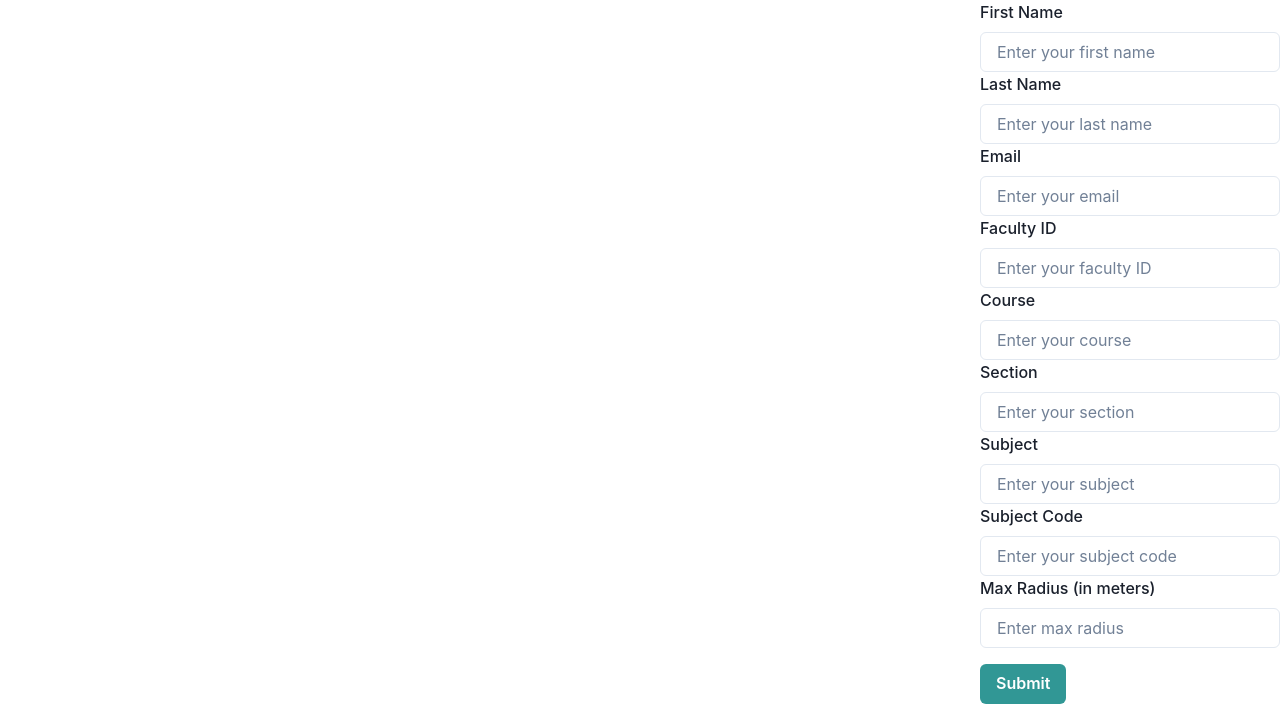
Repository: shash0708/attendence
Page: /form
The author's editor kept a copy of each file at every save. The page is drawn from the files as they stood at one save, then again after the next save.
The browser window is 1280 px wide. The pictures show the whole page.
The project was rebuilt for these pictures with package versions that can differ from the ones it lists, and the page was loaded fresh each time. Also part of the build but not shown: src/App.css, client/src/components/Navbar/Navbar.component.jsx, src/components/Button/Button.component.jsx, src/components/Login/Login.component.jsx, src/components/homeProp/HomeProp.styles.scss, src/components/homeProp/HomeProp.component.jsx, src/routes/Home/Home.styles.scss, src/routes/Home/Home.component.jsx and 2 more.

Above is the page before, as saved 2024-04-06 21:59:37.

### src/index.js
import React from 'react';
import ReactDOM from 'react-dom/client';
import './index.css';
import App from './App';
import reportWebVitals from './reportWebVitals';
import { BrowserRouter } from 'react-router-dom';
import { ChakraProvider } from '@chakra-ui/react'

const root = ReactDOM.createRoot(document.getElementById('root'));
root.render(
  <React.StrictMode>
  <BrowserRouter>
<ChakraProvider>
    <App />
    </ChakraProvider>
    </BrowserRouter>

  </React.StrictMode>
);

// If you want to start measuring performance in your app, pass a function
// to log results (for example: reportWebVitals(console.log))
// or send to an analytics endpoint. Learn more: https://bit.ly/CRA-vitals
reportWebVitals();

### src/App.js
import './App.css';
import Home from './routes/Home/Home.component.jsx'
import { Routes,Route} from 'react-router-dom';
import Authentication from './routes/Authentication/Authentication.component';
import Form from './components/Form/From.component.jsx';

function App() {
  return (
    <Routes>
    <Route index element={<Home/>}/>

    <Route path='auth' element={<Authentication/>}/>
    <Route path='form' element={<Form/>}/>
    </Routes>
  );
}

export default App;

### src/components/Form/From.component.jsx
import { useForm } from 'react-hook-form'
import {
  FormErrorMessage,
  FormLabel,
  FormControl,
  Input,
  Button,
  Box,
} from '@chakra-ui/react'

export default function Form() {
  const {
    handleSubmit,
    register,
    formState: { errors, isSubmitting },
  } = useForm()

  function onSubmit(values) {
    return new Promise((resolve) => {
      setTimeout(() => {
        alert(JSON.stringify(values, null, 2))
        resolve()
      }, 3000)
    })
  }

  return (
    <Box width="300px" marginRight="00" marginLeft="auto">
    <form onSubmit={handleSubmit(onSubmit)}>
    <FormControl isInvalid={errors.firstName}>
      <FormLabel htmlFor='firstName'>First Name</FormLabel>
      <Input
        id='firstName'
        placeholder='Enter your first name'
        {...register('firstName', {
          required: 'This field is required',
          minLength: { value: 4, message: 'Minimum length should be 4' },
        })}
      />
      <FormErrorMessage>
        {errors.firstName && errors.firstName.message}
      </FormErrorMessage>
    </FormControl>
    <FormControl isInvalid={errors.lastName}>
      <FormLabel htmlFor='lastName'>Last Name</FormLabel>
      <Input
        id='lastName'
        placeholder='Enter your last name'
        {...register('lastName', {
          required: 'This field is required',
          minLength: { value: 4, message: 'Minimum length should be 4' },
        })}
      />
      <FormErrorMessage>
        {errors.lastName && errors.lastName.message}
      </FormErrorMessage>
    </FormControl>
    <FormControl isInvalid={errors.email}>
      <FormLabel htmlFor='email'>Email</FormLabel>
      <Input
        id='email'
        type='email'
        placeholder='Enter your email'
        {...register('email', {
          required: 'This field is required',
          pattern: {
            value: /^[A-Z0-9._%+-]+@[A-Z0-9.-]+\.[A-Z]{2,}$/i,
            message: 'Invalid email address',
          },
        })}
      />
      <FormErrorMessage>
        {errors.email && errors.email.message}
      </FormErrorMessage>
    </FormControl>
    <FormControl isInvalid={errors.facultyId}>
      <FormLabel htmlFor='facultyId'>Faculty ID</FormLabel>
      <Input
        id='facultyId'
        placeholder='Enter your faculty ID'
        {...register('facultyId', {
          required: 'This field is required',
          minLength: { value: 4, message: 'Minimum length should be 4' },
        })}
      />
      <FormErrorMessage>
        {errors.facultyId && errors.facultyId.message}
      </FormErrorMessage>
    </FormControl>
    <FormControl isInvalid={errors.course}>
      <FormLabel htmlFor='course'>Course</FormLabel>
      <Input
        id='course'
        placeholder='Enter your course'
        {...register('course', {
          required: 'This field is required',
          minLength: { value: 4, message: 'Minimum length should be 4' },
        })}
      />
      <FormErrorMessage>
        {errors.course && errors.course.message}
      </FormErrorMessage>
    </FormControl>
    <FormControl isInvalid={errors.section}>
      <FormLabel htmlFor='section'>Section</FormLabel>
      <Input
        id='section'
        placeholder='Enter your section'
        {...register('section', {
          required: 'This field is required',
          minLength: { value: 4, message: 'Minimum length should be 4' },
        })}
      />
      <FormErrorMessage>
        {errors.section && errors.section.message}
      </FormErrorMessage>
    </FormControl>
    <FormControl isInvalid={errors.subject}>
      <FormLabel htmlFor='subject'>Subject</FormLabel>
      <Input
        id='subject'
        placeholder='Enter your subject'
        {...register('subject', {
          required: 'This field is required',
          minLength: { value: 4, message: 'Minimum length should be 4' },
        })}
      />
      <FormErrorMessage>
        {errors.subject && errors.subject.message}
      </FormErrorMessage>
    </FormControl>
    <FormControl isInvalid={errors.subjectCode}>
      <FormLabel htmlFor='subjectCode'>Subject Code</FormLabel>
      <Input
        id='subjectCode'
        placeholder='Enter your subject code'
        {...register('subjectCode', {
          required: 'This field is required',
          minLength: { value: 4, message: 'Minimum length should be 4' },
        })}
      />
      <FormErrorMessage>
        {errors.subjectCode && errors.subjectCode.message}
      </FormErrorMessage>
    </FormControl>
    <FormControl isInvalid={errors.maxRadius}>
      <FormLabel htmlFor='maxRadius'>Max Radius (in meters)</FormLabel>
      <Input
        id='maxRadius'
        placeholder='Enter max radius'
        type='number'
        {...register('maxRadius', {
          required: 'This field is required',
          minLength: { value: 4, message: 'Minimum length should be 4' },
        })}
      />
      <FormErrorMessage>
        {errors.maxRadius && errors.maxRadius.message}
      </FormErrorMessage>
    </FormControl>
    <Button mt={4} colorScheme='teal' isLoading={isSubmitting} type='submit'>
      Submit
    </Button>
  </form>
    </Box>
  )
}

Loaded but not shown: public/index.html (common file); src/index.css (common file); src/reportWebVitals.js (common file)

After the next save:
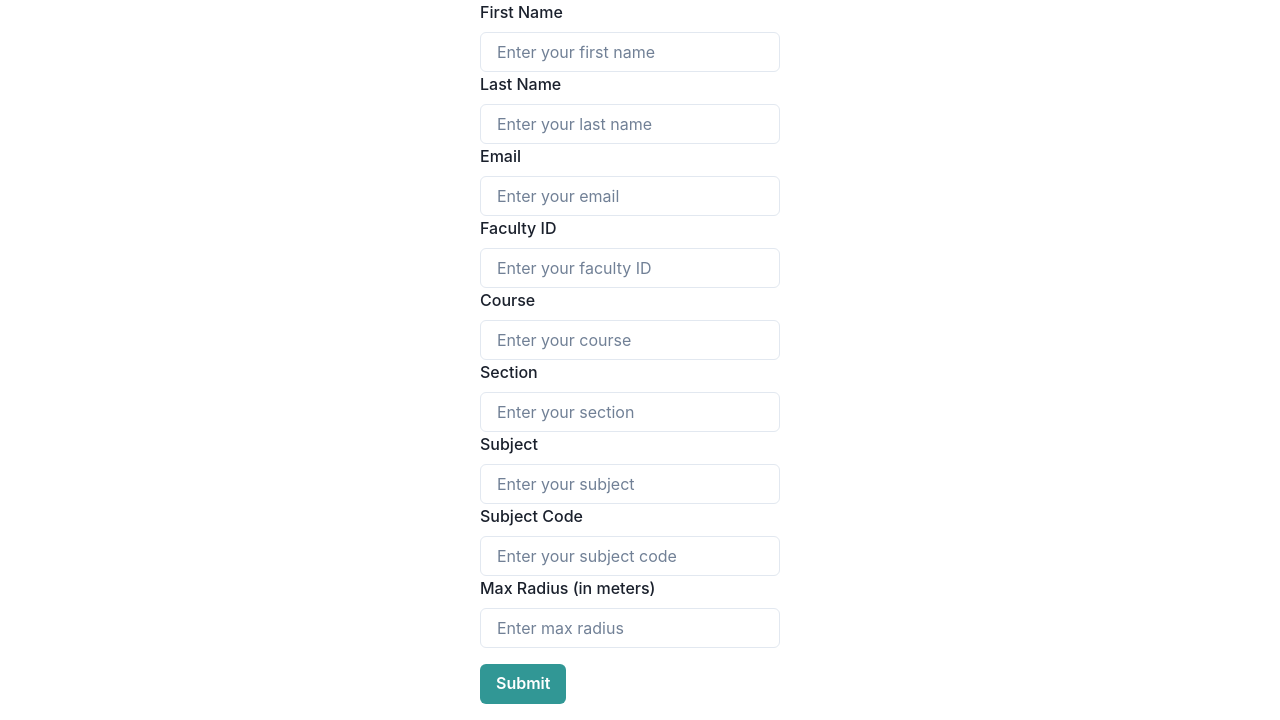
Saved 11 s later.
--- a/src/components/Form/From.component.jsx
+++ b/src/components/Form/From.component.jsx
@@ -25,7 +25,7 @@ export default function Form() {
   }
 
   return (
-    <Box width="300px" marginRight="00" marginLeft="auto">
+    <Box width="300px" marginRight="500" marginLeft="auto">
     <form onSubmit={handleSubmit(onSubmit)}>
     <FormControl isInvalid={errors.firstName}>
       <FormLabel htmlFor='firstName'>First Name</FormLabel>
